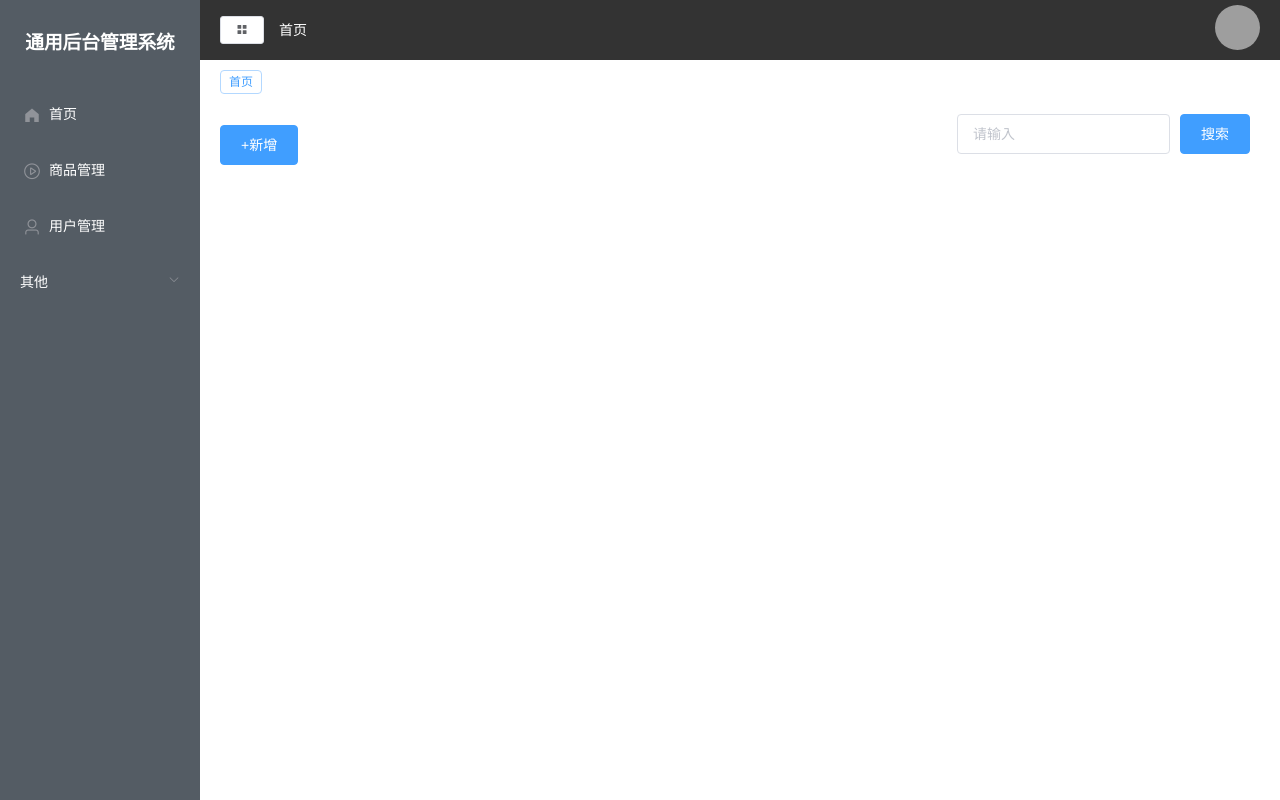
Repository: zhangwen001208/cmd
Page: /user
An editor plug-in stored every save of this project. The page is shown before and after the next save, followed by the edit.
The browser window is 1280 px wide. The pictures show the whole page.
Pictures or frames that could not be fetched are drawn as grey boxes. The project was rebuilt for these pictures with package versions that can differ from the ones it lists, and the page was loaded fresh each time. Also part of the build but not shown: vue.config.js.

Above is the page before, as saved 2022-08-30 09:25:16.

### src/main.js
import Vue from 'vue'
import App from './App.vue'
import router from './router'
import store from './store'
import ElementUI from 'element-ui';
import 'element-ui/lib/theme-chalk/index.css';

import 'normalize.css'
import './assets/css/index.less'

import '../src/request/mock.js'

Vue.config.productionTip = false

Vue.use( ElementUI )

new Vue({
  router,
  store,

  render: h => h(App)
}).$mount('#app')

### src/App.vue
<template>
  <div id="app">
    <router-view/>
  </div>
</template>

<style lang="less">
#app {
  font-family: Avenir, Helvetica, Arial, sans-serif;
  -webkit-font-smoothing: antialiased;
  -moz-osx-font-smoothing: grayscale;
  text-align: center;
  color: #2c3e50;
}

nav {
  padding: 30px;

  a {
    font-weight: bold;
    color: #2c3e50;

    &.router-link-exact-active {
      color: #42b983;
    }
  }
}
</style>

### src/router/index.js

import Vue from 'vue'
import VueRouter from 'vue-router'


Vue.use(VueRouter)

//即路由地址为’ / ’ 的页面，重复点击后重定向到的页面依然是Home页面，也就是所谓的产生了冗余导航，
const VueRouterPush = VueRouter.prototype.push
VueRouter.prototype.push = function push (location) {
  return  VueRouterPush.call(this, location).catch(err => err)
}


const routes = [
  {
    path: '/',
    name: 'main',
    component: () => import('../views/Main.vue'),
    children: [
      {
        path: '',
        name: 'home',

        component:() => import('../views/home/home.vue')
      },
      {
        path: '/user',
        name: 'user',
        component:() => import('../views/user/user.vue')
      },
      {
        path: '/mall',
        name: 'mall',
        component:() => import('../views/mall/mall.vue')
      },
      {
        path: '/page1',
        name: 'page1',
        component:() => import('../views/other/pageOne.vue')
      },
      {
        path: '/page2',
        name: 'page2  ',
        component:() => import('../views/other/pageTwo.vue')
      }



    ]
  },

]

const router = new VueRouter({
  mode: 'history',
  base: process.env.BASE_URL,
  routes
})






export default router

### src/store/index.js
import Vue from 'vue'
import Vuex from 'vuex'
import tab from './tab'
import userData from './userdata'

Vue.use(Vuex)

export default new Vuex.Store({
  state: {
  },
  getters: {
  },
  mutations: {
  },
  actions: {
  },
  modules: {
    tab,
    userData
  }
})

### src/assets/css/index.less
@import './base.less';

### src/request/mock.js
import Mock from 'mockjs'
import homeApi from './home.js'
import userApi from './user'


Mock.mock('/home/getData',homeApi.getStatisticalData )

Mock.mock('/user/add', 'post',userApi.createUser)
// Mock.mock('/user/', 'post',userApi.createUser)

### src/views/Main.vue
<template>
  <div class="home">
      <el-container style="height: 100%">
        <el-aside width="auto">
          <home-aside/>
        </el-aside>
        <el-container>
          <el-header class="header">
            <home-header></home-header>
          </el-header>
           <commandTag/>
          <el-main>
          <router-view></router-view>
          </el-main>
        </el-container>
    </el-container>


  </div>
</template>

<script>

// @ is an alias to /src

import HomeAside from '../components/HomeAside.vue'
import homeHeader from '../components/homeHeader.vue'
import commandTag from '../components/commendTag.vue'

export default {
  name: 'HomeView',
  components: {
    HomeAside,
    homeHeader,
    commandTag

  }
}
</script>
<style lang="less" scoped>
.header{
  background-color: #333;
}

</style>

### src/views/user/user.vue
<!-- eslint-disable vue/multi-word-component-names -->
<template>
    <div class="manage">
        <el-dialog
        :title= "operateType === 'add'? '新增用户': '更新用户'"
        :visible.sync = 'isShow' >
        <commend-from
        :formLabel= "opertateFormLabel"
        :form= "operateForm"
        :inline= "true"
        ref="form">
        </commend-from>
        <div slot="footer" class="dialog-footer">
            <el-button @click="isShow = false">取消</el-button>
            <el-button type="primary" @click="confirm">确定</el-button>
        </div>
        </el-dialog>
        <div class="manage-header">
            <el-button type="primary" @click="addUser">+新增</el-button>
            <div class="search">
                 <commend-from class="header"
                    :formLabel= "formLabel"
                    :form= "searchFrom"
                    :inline= "true"
                    ref="form">
            <el-button type="primary" @click="getList">搜索</el-button>

            </commend-from>

            </div>

        </div>


    </div>
</template>

<script>
import commendFrom from '@/components/commendFrom.vue'
    export default {
      components:
       { commendFrom },
       data() {
        return {
            operateType: 'add',
            isShow: false,
            opertateFormLabel: [
                {
                    model: 'name',
                    label: '姓名',
                    type: 'input'
                },
                {
                    model: 'age',
                    label: '年龄',
                    type: 'input'
                },
                {
                    model: 'sex',
                    label: '性别',
                    type: 'select',
                    opts: [
                        {
                            label: '男',
                            value: 1
                        },
                        {
                            label: '女',
                            value: 0

                        }
                    ]
                },
                {
                    model: 'birth',
                    label: '出生日期',
                    type: 'date'
                },
                {
                    model: 'addr',
                    label: '地址',
                    type: 'input'
                }




            ],
            operateForm: {
                name: '',
                addr: '',
                age: '',
                birth: '',
                sex: ''
            },
            formLabel: [
                {
                    model: 'keyword',
                    label: '',
                    type: 'input'
                }
            ],
            searchFrom: {
                keyword: ''
            }


        }
       },
       methods: {
        confirm() {
          if(this.operateType === 'edit') {
            this.$http.post('/user/edit', this.operateForm).then(res => {
                this.isShow = false
                console.log(res)
            })
          }else {
            this.$http.post('/user/add', this.operateForm).then(res => {
                this.isShow = false
                console.log(res)
            })

          }

        },
        addUser() {
            this.isShow = true
            this.operateType= 'add'


        },
        getList() {

        }

       }

    }
</script>

<style lang="less" scoped>
.manage-header {
    display: flex;
    justify-content: space-between;
    align-items: center;
    .search {
        display: flex;
        justify-content: space-around;
        align-items: center;
        .el-form-item__content {
            margin-top: 10px;
        }
    }

}

</style>

### src/store/tab.js
export default {
    state: {
       isCollapse: false,
       tabsList: [
        {
            path: '/',
            name: 'home',
            label: '首页',
            icon: 'home'
        }
       ],
       currentMenu: null
    },
    mutations: {
        Collapsemenu(state) {
            state.isCollapse = !state.isCollapse
        },
        selectMenu(state, val) {
            if(val.name !== 'home') {
                state.currentMenu = val
                const result = state.tabsList.findIndex(item => item.name === val.name)

                if(result === -1) {
                    state.tabsList.push(val)
                }else {
                    state.currentMenu == null;
                }
            }
        }

    }
}

### src/store/userdata.js
export default {
    state: {
        opertateFormLabel: [
            {
                model: 'name',
                label: '姓名',
                type: 'input'
            },
            {
                model: 'age',
                label: '年龄',
                type: 'input'
            },
            {
                model: 'sex',
                label: '性别',
                type: 'select',
                opts: [
                    {
                        label: '男',
                        value: 1
                    },
                    {
                        label: '女',
                        value: 0

                    }
                ]
            },
            {
                model: 'birth',
                label: '出生日期',
                type: 'date'
            },
            {
                model: 'addr',
                label: '地址',
                type: 'input'
            }

                ],
                operateForm: {
                    name: '',
                    addr: '',
                    age: '',
                    birth: '',
                    sex: ''
                },
                formLabel: [
                    {
                        model: 'keyword',
                        label: '',
                        type: 'input'
                    }
                ],
                searchFrom: {
                    keyword: ''
                }
            }
        }

### src/assets/css/base.less

body{
    padding: 0;
    margin: 0;
}

html,body,#app {
    width: 100%;
    height: 100%;
    text-align: left;
}

### src/components/HomeAside.vue
<template>
<el-menu  default-active="1-4-1"
    class="el-menu-vertical-demo"
     background-color= '#545c64'
     text-color="#fff"
     active-text-color="#ffd04b"
    @open="handleOpen" @close="handleClose"
    :collapse="isCollapse">
  <h3>{{isCollapse? '后台': '通用后台管理系统'}}</h3>
  <el-menu-item  @click="clickmenu(item)" v-for="item in nochildren" index="item.path" :key="item.path">
    <i :class="'el-icon-'+item.icon"></i>
    <span slot="title">{{item.label}}</span>
  </el-menu-item>
  <el-submenu v-for="item in haschildren" index="item.path" :key="item.path">
    <template slot="title">
      <i class="'el-icon-'+item.icon"></i>
      <span slot="title">{{item.label}}</span>
    </template>
    <el-menu-item-group v-for="subitem in item.children" index='subitem.path' :key="subitem.path">

      <el-menu-item @click="clickmenu(subitem)" index="1-1">{{subitem.label}}</el-menu-item>

    </el-menu-item-group>

  </el-submenu>


</el-menu>

</template>

<script>
export default {
    data() {
      return {

        menu:[
          {
            path: '/',
            name: 'home',
            label: '首页',
            icon: 's-home',
            url: 'Home/home'
          },
           {
            path: '/mall',
            name: 'mall',
            label: '商品管理',
            icon: 'video-play',
            url: 'MallManage/MallManage'
          },
           {
            path: '/user',
            name: 'user',
            label: '用户管理',
            icon: 'user',
            url: 'UserManage/UserManage'
          },
           {

            label: '其他',
            icon: 'location',
           children: [
            {
            path: '/page1',
            name: 'page1',
            label: '页面1',
            icon: 'setting',
            url: 'Other/pageOne'
            },
            {
            path: '/page2',
            name: 'page2',
            label: '页面2',
            icon: 'setting',
            url: 'Other/pageTwo'
            }

           ]
          }

        ]
      };
    },
    methods: {
      handleOpen(key, keyPath) {
        console.log(key, keyPath);
      },
      handleClose(key, keyPath) {
        console.log(key, keyPath);
      },
      clickmenu(item) {
        if(this.$router.path !== item.path) {
            this.$router.push({
            name: item.name,
        })
        }
        this.$store.commit('selectMenu', item)


      }
    },
    computed: {
      nochildren() {
        return this.menu.filter(item => !item.children)
      },
      haschildren() {
         return this.menu.filter(item => item.children)
      },
      isCollapse() {
        return  this.$store.state.tab.isCollapse
      }
    }
  }
</script>

<style lang="less" scoped>
  .el-menu-vertical-demo:not(.el-menu--collapse) {
    width: 200px;
    height: 800px;

  }
  .el-menu {
    height: 800px;
    border: none;
    h3{
      color: #fff;
      text-align: center;
      line-height: 48px;

    }
  }

</style>

### src/components/homeHeader.vue
<template>
   <header>
        <div class="l-content">
            <el-button @click="hadrlemenu" plain icon="el-icon-menu" size="mini"></el-button>
            <!-- <h3 style="color: #fff">首页</h3> -->
            <el-breadcrumb separator="/">
                    <el-breadcrumb-item v-for="item in tags" :key="item.path" :to="{ path: item.path }">{{item.label}}</el-breadcrumb-item>


            </el-breadcrumb>
         </div>
         <div class="r-content">
            <el-dropdown trigger="click" szie="mini">
                <span>
                    <img class="user" :src="userImg">
                </span>
                <el-dropdown-menu slot="dropdown">
                    <el-dropdown-item>个人中心</el-dropdown-item>
                    <el-dropdown-item>退出</el-dropdown-item>
                </el-dropdown-menu>

            </el-dropdown>

         </div>
   </header>

</template>

<script>

import {mapState} from 'vuex'

    export default {
        name: 'homeHeader',
        data() {
            return {
                userImg: require('../assets/img/tx.jpeg')
            }
        },
        methods: {
            hadrlemenu() {
                this.$store.commit('Collapsemenu')
            }
        },
        computed: {
            ...mapState({
                tags: state => state.tab.tabsList
            })


        },





    }
</script>

<style lang="less" scoped>
header {
    display: flex;
    height: 100%;
    justify-content: space-between;
    align-items: center;
    .l-content {
        display: flex;
        align-items: center;
        .el-button {
            margin-right: 15px;

        }
        .el-breadcrumb ::v-deep .el-breadcrumb__inner {
        color: #fff !important;
}
    }
    .r-content {
        .user {
            width: 45px;
            height: 45px;
            border-radius: 50%;
        }
    }


}


</style>

### src/components/commendTag.vue
<template>
    <div class="tag">
      <el-tag
        v-for="(tag,index) in tags"
        :key="tag.name"
        :closable ="tag.name !== 'home'"
        :effect= "$route.name == tag.name? 'dark': 'plain' "
        @click="changmenu(tag)"
        @close= "handleClose(tag, index)"
        size="small"
        >
        {{tag.label}}
     </el-tag>


    </div>
</template>

<script>
import { mapState } from 'vuex'


    export default {
        name: 'commandTag',
        data() {
            return {

            }
        },
        computed: {
            ...mapState({
                tags: state => state.tab.tabsList
            })
        },
        created() {
            console.log(this.tags)
        },
        methods: {
            changmenu(item) {
                this.$router.push({
                    name: item.name
                })

            },
            handleClose(tag){
            this.tags.splice(this.tags.indexOf(tag), 1);
            }
        },



    }
</script>

<style lang="less" scoped>

.tag {
    margin: 10px 10px 0 20px;
    .el-tag {
        margin-right: 20px;
        cursor: pointer;
    }
}

</style>

### src/components/commendFrom.vue
<template>
    <el-form ref='form' label-width= '100px' :model="form" :inline = 'inline'>
        <el-form-item v-for="item in formLabel" :key="item.label" :label="item.label">
            <el-input
            v-if="item.type === 'input'"
            :placeholder="'请输入'+ item.label"
            :v-model="name">
            </el-input>

            <el-switch
            v-if="item.type === 'switch'"
            :v-model="form[item.model]"
            >
            </el-switch>

             <el-date-picker
            v-if="item.type === 'date'"
            type="date"
            value-format="yyyy-MM-dd"
            placeholder="请选择日期"
             :model="form[item.model]"
            >
            </el-date-picker>
<!--
            <el-select
             v-if="item.type === 'select'"
             placeholder="请选择性别"
            :model="form[item.model]"
             >
             <el-option
             v-for="item in item.opts"
             :key="item.value"
             :label="item.label"
             :value="item.value"
             >
             </el-option>

            </el-select> -->

        </el-form-item>
        <el-form-item><slot></slot></el-form-item>

    </el-form>
</template>

<script>
    export default {
        name: 'commendFrom',
        props: {
            formLabel: Array,
            form: Object,
            inline: Boolean
        },
        created() {

        }


    }
</script>

<style lang="scss" scoped>

</style>

Loaded but not shown: public/index.html (common file); src/request/home.js (129 lines, source omitted); src/request/user.js (125 lines, source omitted)

After the next save:
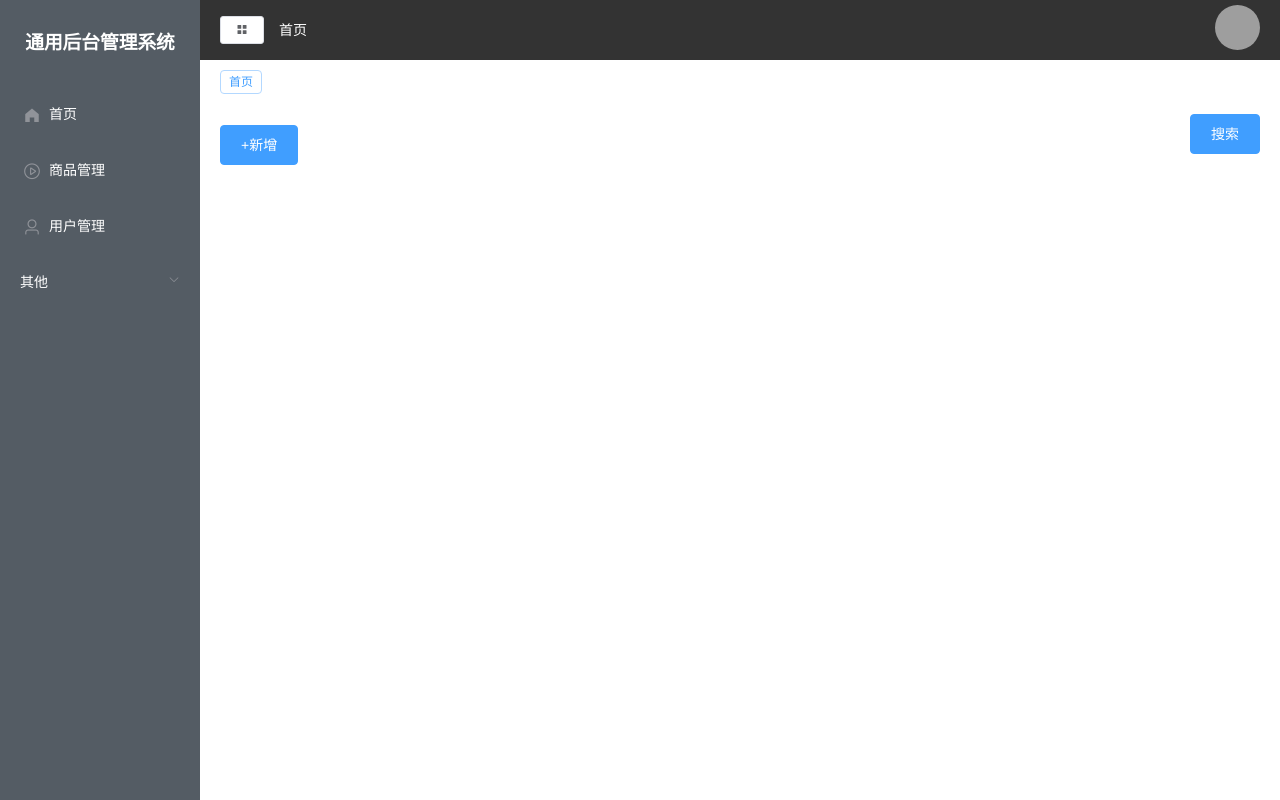
Saved 3 min 1 s later.
--- a/src/components/commendFrom.vue
+++ b/src/components/commendFrom.vue
@@ -46,13 +46,15 @@
 <script>
     export default {
         name: 'commendFrom',
-        props: {
-            formLabel: Array,
-            form: Object,
-            inline: Boolean
-        },
-        created() {
-
+        // props: {
+        //     formLabel: Array,
+        //     form: Object,
+        //     inline: Boolean
+        // },
+        data() {
+            return {
+                forMlabel: this.$store.state.userData.opertateFormLabel
+            }
         }
 
 

After the 3 saves that followed:
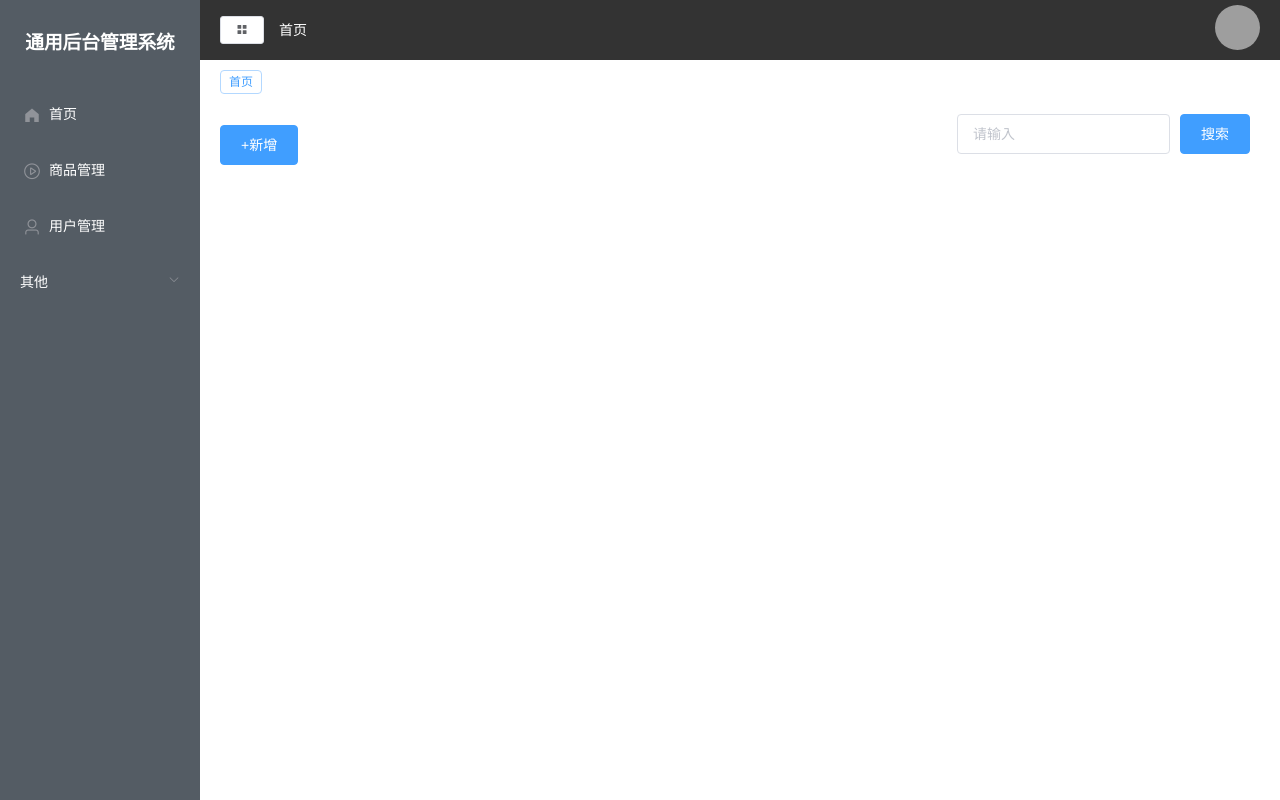
The 3 saves are shown as one change because 2 did not build or start.
The last was saved 6 min 13 s later.
--- a/src/components/commendFrom.vue
+++ b/src/components/commendFrom.vue
@@ -4,7 +4,7 @@
             <el-input
             v-if="item.type === 'input'"
             :placeholder="'请输入'+ item.label"
-            :v-model="name">
+            :value="form[item.model]">
             </el-input>
 
             <el-switch
@@ -46,15 +46,13 @@
 <script>
     export default {
         name: 'commendFrom',
-        // props: {
-        //     formLabel: Array,
-        //     form: Object,
-        //     inline: Boolean
-        // },
-        data() {
-            return {
-                forMlabel: this.$store.state.userData.opertateFormLabel
-            }
+        props: {
+            formLabel: Array,
+            form: Object,
+            inline: Boolean
+        },
+        created() {
+
         }
 
 
